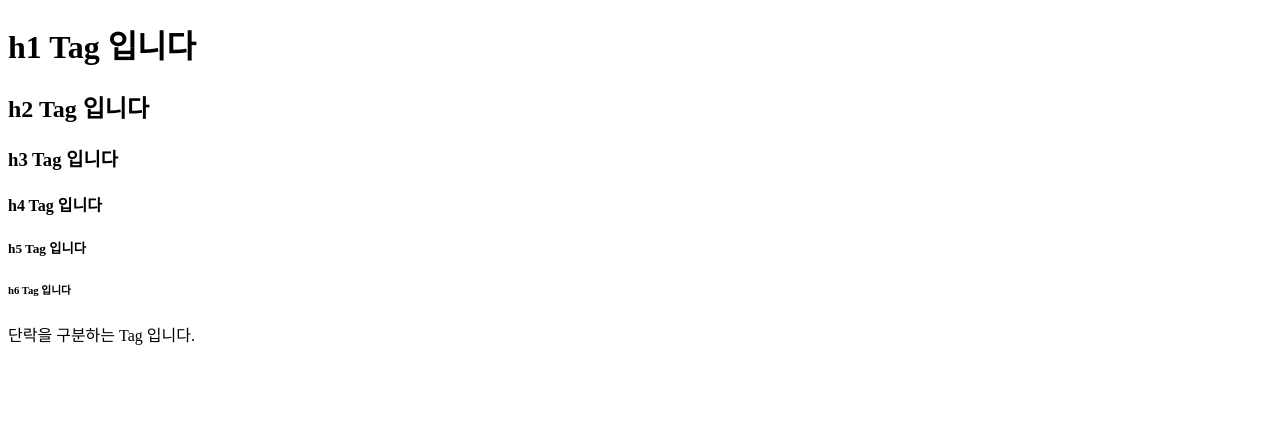
Repository: HyeogDo/Study_Java
Page: JSP/HTML/src/main/webapp/WEB-INF/Lec02.html
An editor plug-in stored every save of this project. The page is shown before and after the next save, followed by the edit.
The browser window is 1280 px wide. The pictures show the whole page.

Above is the page before, as saved 2022-03-15 01:40:06.

### JSP/HTML/src/main/webapp/WEB-INF/Lec02.html
<!DOCTYPE html>
<html>
	<head>
		<meta charset="UTF-8">
		<title>Title</title>
	</head>
	<body>
		<h1>h1 Tag 입니다</h1>
		<h2>h2 Tag 입니다</h2>
		<h3>h3 Tag 입니다</h3>
		<h4>h4 Tag 입니다</h4>
		<h5>h5 Tag 입니다</h5>
		<h6>h6 Tag 입니다</h6>

		<p>단락을 구분하는 Tag 입니다. </p>

	</body>
</html>

After the next save:
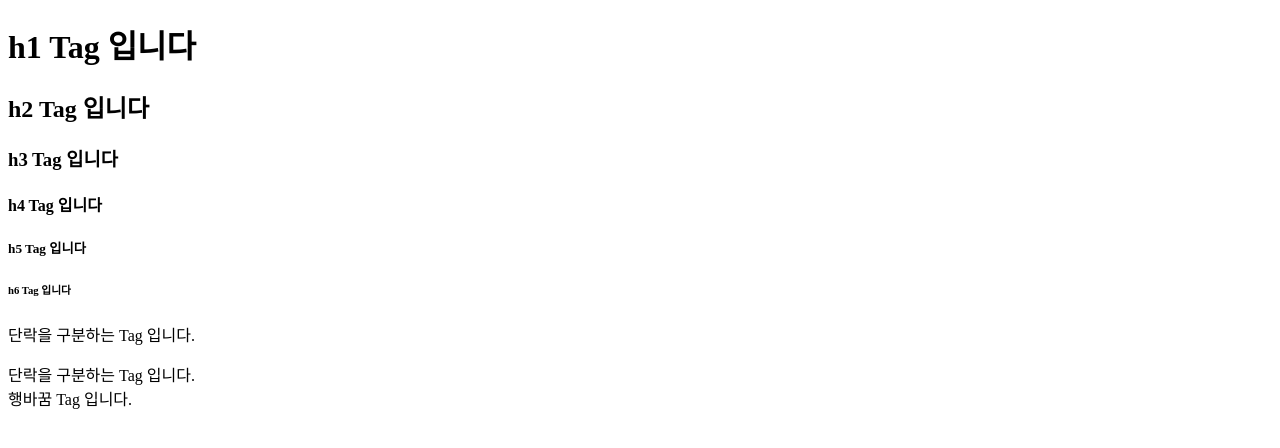
Saved 97 s later.
--- a/JSP/HTML/src/main/webapp/WEB-INF/Lec02.html
+++ b/JSP/HTML/src/main/webapp/WEB-INF/Lec02.html
@@ -13,6 +13,7 @@
 		<h6>h6 Tag 입니다</h6>
 
 		<p>단락을 구분하는 Tag 입니다. </p>
-
+		<p>단락을 구분하는 Tag 입니다. <br>
+		행바꿈 Tag 입니다. </p>
 	</body>
 </html>
